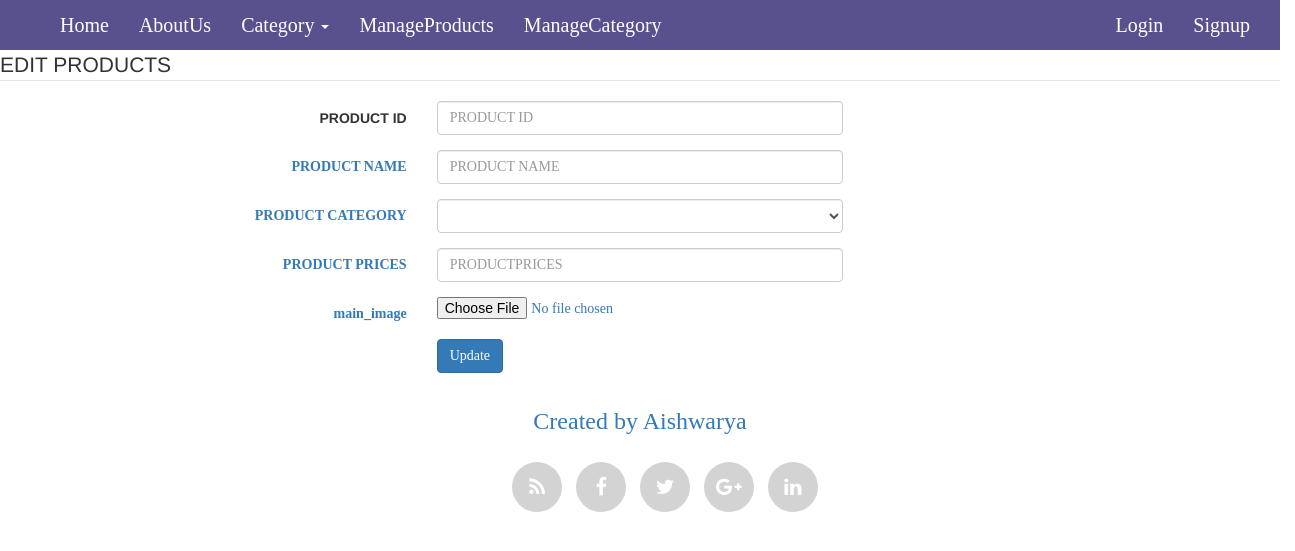
Repository: qwertuy/DTPROGRAMSPROJECTS
Page: http://localhost/Ecommerce/WEB-INF/views/productEdit.jsp
An editor plug-in stored every save of this project. The page is shown before and after the next save, followed by the edit.
The browser window is 1280 px wide. The page is 1295 px wide, so the pictures cover 1295 px, including what lies to the right of the window. The pictures show the whole page.
Some web libraries are served in a nearby version. The page is served by Tomcat 9. Nobody is signed in. Other server files are loaded and not shown. The template is opened directly, without the code that normally fills it, so the values that code supplies are empty.

Above is the page before, as saved 2018-03-18 11:08:56.
Console error: SyntaxError: Unexpected token '{'

### Ecommerce/src/main/webapp/WEB-INF/views/productEdit.jsp

<%@ page language="java" contentType="text/html; charset=ISO-8859-1"
    pageEncoding="ISO-8859-1"%>

<%@ taglib prefix="form" uri="http://www.springframework.org/tags/form"%>
<%@ taglib uri="http://java.sun.com/jsp/jstl/core" prefix="c"%>
<!DOCTYPE html PUBLIC "-//W3C//DTD HTML 4.01 Transitional//EN" "http://www.w3.org/TR/html4/loose.dtd">
<html>
<head>
<meta http-equiv="Content-Type" content="text/html; charset=ISO-8859-1">
<title>Insert title here</title>
<!-- To Access the Bootstrap link -->
<link rel="stylesheet" href="https://maxcdn.bootstrapcdn.com/bootstrap/3.3.7/css/bootstrap.min.css">
<script src="https://ajax.googleapis.com/ajax/libs/jquery/3.2.1/jquery.min.js"></script>
<script src="https://maxcdn.bootstrapcdn.com/bootstrap/3.3.7/js/bootstrap.min.js"></script>
<link href="//maxcdn.bootstrapcdn.com/font-awesome/4.1.0/css/font-awesome.min.css" rel="stylesheet">
<link href="./resources/css/loginpage.css" rel="stylesheet" type="text/css"/>


<body>
 <jsp:include page="header.jsp"></jsp:include>
<!-- AddProduct coding  started -->
<form class="form-horizontal" action="product_update" method="post" enctype="multipart/form-data">
<fieldset>

<!-- Form Name -->
<legend>EDIT PRODUCTS</legend>

<!-- Text input-->
<div class="form-group">
  <label class="col-md-4 control-label" for="product_id">PRODUCT ID</label>
  <a href="" style="font-family:Aharoni">
  <div class="col-md-4">
  <input id="product_id" value="${product.productid}"  name="id" placeholder="PRODUCT ID" class="form-control input-md" required="" type="text">

  </div>
</div>

<!-- Text input-->
<div class="form-group">
  <label class="col-md-4 control-label" for="product_name">PRODUCT NAME</label>
  <div class="col-md-4">
  <input id="product_name" value="${product.productname}" name="pname" placeholder="PRODUCT NAME" class="form-control input-md" required="" type="text">

  </div>
</div>


<!-- Select Basic -->
<div class="form-group">
  <label class="col-md-4 control-label" for="product_categorie">PRODUCT CATEGORY</label>
  <div class="col-md-4">
    <select id="product_categorie" name="cid" class="form-control">

             <c:forEach var="sList" items="${slist}">

                <option value="${sList.categoryid}">${sList.categoryname}</option>
                </c:forEach>
    </select>
  </div>
</div>

<!-- Text input-->
<div class="form-group">
  <label class="col-md-4 control-label" for="product_prices">PRODUCT PRICES</label>
  <div class="col-md-4">
  <input id="available_quantity" value="${product.productprice}" name="price" placeholder="PRODUCTPRICES" class="form-control input-md" required="" type="text">

  </div>
</div>

 <!-- File Button -->
<div class="form-group">
  <label class="col-md-4 control-label" for="filebutton">main_image</label>
  <div class="col-md-4">
    <input id="filebutton" name="file" class="input-file" type="file">
  </div>
</div>

<!-- Button -->
<div class="form-group">
  <label class="col-md-4 control-label" for="singlebutton"></label>
  <div class="col-md-4">

    <button id="singlebutton" name="singlebutton" class="btn btn-primary">Update</button>
  </div>
  </div>

</fieldset>
</form>


    <jsp:include page="footer.jsp"></jsp:include>

</body>
</html>

### Ecommerce/src/main/webapp/WEB-INF/views/header.jsp
<%@ page language="java" contentType="text/html; charset=ISO-8859-1"
    pageEncoding="ISO-8859-1"%>
    <%@ taglib prefix = "c" uri = "http://java.sun.com/jsp/jstl/core" %>
<!DOCTYPE html PUBLIC "-//W3C//DTD HTML 4.01 Transitional//EN" "http://www.w3.org/TR/html4/loose.dtd">
<html>
<head>
<meta http-equiv="Content-Type" content="text/html; charset=ISO-8859-1">
<title>BOHEMIAN</title>
 <link rel="stylesheet" href="https://maxcdn.bootstrapcdn.com/bootstrap/3.3.7/css/bootstrap.min.css">
  <script src="https://ajax.googleapis.com/ajax/libs/jquery/3.2.1/jquery.min.js"></script>
  <script src="https://maxcdn.bootstrapcdn.com/bootstrap/3.3.7/js/bootstrap.min.js"></script>
  <link href="//maxcdn.bootstrapcdn.com/font-awesome/4.1.0/css/font-awesome.min.css" rel="stylesheet">

<style type="text/css">
  .backgroundclr
  {
    background-color: #59508e;
  }
</style>

<!-- datatable -->
<link rel="stylesheet" href="https://maxcdn.bootstrapcdn.com/bootstrap/3.3.7/css/bootstrap.min.css" integrity="sha384-BVYiiSIFeK1dGmJRAkycuHAHRg32OmUcww7on3RYdg4Va+PmSTsz/K68vbdEjh4u" crossorigin="anonymous">

<link rel="stylesheet" type="text/css" href="./resources/css/dataTables.bootstrap.min.css"/>

<link rel="stylesheet" type="text/css" href="./resources/css/ss.css"/>


<link rel="stylesheet" type="text/css" href="./resources/css/datatables.css"/>


<link rel="stylesheet" type="text/css" href="./resources/css/datatables.min.css"/>

<script
  src="https://code.jquery.com/jquery-3.2.1.min.js"
  integrity="sha256-hwg4gsxgFZhOsEEamdOYGBf13FyQuiTwlAQgxVSNgt4="
  crossorigin="anonymous"></script>
  <script type="text/javascript" src="./resources/js/jquery.dataTables.min.js"></script>
<script type="text/javascript" src="./resources/js/dataTables.bootstrap.min.css"></script>

<script type="text/javascript">
$(document).ready(function(){
    $('.table').DataTable();
});
</script>
<!-- end -->
</head>
<body>
<nav class="backgroundclr">
	<div class="container-fluid">

		<div class="navbar-header">
			<button type="button" class="navbar-toggle collapsed"
				data-toggle="collapse" data-target="#bs-example-navbar-collapse-1"
				aria-expanded="false">
				<span class="sr-only">Toggle navigation</span> <span
					class="icon-bar"></span> <span class="icon-bar"></span> <span
					class="icon-bar"></span>
			</button>

			<a class="navbar-brand" href="./">
			<%-- 	<img src='<c:url value="./resources/images/boho.jpg" />' class="img-circle" width="50px" height="25px" /> --%>
			<%-- <img src="${pageContext.request.contextPath}/resources/images/weblog1.jpg" class="img-circle" width="50px" height="25px"/> --%>
			</a>
		</div>

		<div class="collapse navbar-collapse">
			<ul class="nav navbar-nav">
			  <li ><a href="" style="font-size:20px;color:white;font-family:Aharoni">Home</a></li>
				<li><a href="" style="font-size:20px;color:white;font-family:Aharoni">AboutUs</a></li>
				<li class="dropdown" style="font-family:Aharoni"><a href="#" class="dropdown-toggle" data-toggle="dropdown" role="button" aria-haspopup="true"
					aria-expanded="Aharoni"  style="font-size:20px;color:white">Category <span class="caret"></span></a>
					<ul class="dropdown-menu">

						<c:forEach items="${clist}" var="p">
						 <li><a href="categoryproductlist?id=${p.categoryid}">${p.categoryname}</a></li>
						 <%-- <li><a href='<c:url value="categoryproductlist?id=${p.categoryid}">${p.categoryname}"/>'</a></li> --%>
						</c:forEach>
						</li>

					</ul>

				</li>
					 <li style="font-family:Aharoni"><a href="<c:url value="/admin/add"/>" role="button" aria-haspopup="true"
					aria-expanded="false" style="font-size:20px;color:white">ManageProducts</a>

					<li style="font-family:Aharoni"><a href="<c:url value="/admin/add1"/>" role="button" aria-haspopup="true"
					aria-expanded="false" style="font-size:20px;color:white">ManageCategory</a>

					</li>


					</li>
					<!-- <li><a href="<c:url value="admin/productlistview"/>" style="font-family: fantasy;">PRODUCTLIST</a>-->
			</ul>


				<c:if test="${pageContext.request.userPrincipal.name  == 'admin'}">
                                <li><a href="<c:url value="/admin" />">Admin</a></li>
                 </c:if>
                 </ul>
			  <ul class="nav navbar-nav navbar-right">
			  <c:if test="${pageContext.request.userPrincipal.name == null }">
					<li>
					<%-- <a href=' <c:url value="/login" />'>Login</a> --%>
					</li>
					<li style="font-family:Aharoni" ><a href="<c:url value="admin/add"/>" role="button" aria-haspopup="Aharoni"
					aria-expanded="false" style="font-size:20px;color:white">Login</a> </li>
				<li style="font-family:Aharoni"><a href=' <c:url value="/reg" />'class="Aharoni" style="font-size:20px;color:white">Signup</a></li>

				</c:if>
				<c:if test="${pageContext.request.userPrincipal.name  != null}">
                               <li><a>Welcome: ${pageContext.request.userPrincipal.name}</a></li>
	              				<li><a href='<c:url value="/logout" />'>Signout</a></li>
                 </c:if>

				</ul>

		</div>
	</div>
</nav>
</body>
</html>

### Ecommerce/src/main/webapp/WEB-INF/views/footer.jsp
<%@ page language="java" contentType="text/html; charset=ISO-8859-1"
    pageEncoding="ISO-8859-1"%>
<!DOCTYPE html PUBLIC "-//W3C//DTD HTML 4.01 Transitional//EN" "http://www.w3.org/TR/html4/loose.dtd">
<html>
<head>
<meta http-equiv="Content-Type" content="text/html; charset=ISO-8859-1">
<title>BOHEMIAN</title>
<link rel="stylesheet" href="https://maxcdn.bootstrapcdn.com/bootstrap/3.3.7/css/bootstrap.min.css">
  <script src="https://ajax.googleapis.com/ajax/libs/jquery/3.2.1/jquery.min.js"></script>
  <script src="https://maxcdn.bootstrapcdn.com/bootstrap/3.3.7/js/bootstrap.min.js"></script>
  <link href="//maxcdn.bootstrapcdn.com/font-awesome/4.2.0/css/font-awesome.min.css" rel="stylesheet">
  <style type="text/css">


/*=========================
  Icons
 ================= */

/* footer social icons */
ul.social-network {
	list-style: none;
	display: inline;
	margin-left:0 !important;
	padding: 0;
}
ul.social-network li {
	display: inline;
	margin: 0 5px;
}


/* footer social icons */
.social-network a.icoRss:hover {
	background-color: #F56504;
}
.social-network a.icoFacebook:hover {
	background-color:#3B5998;
}
.social-network a.icoTwitter:hover {
	background-color:#33ccff;
}
.social-network a.icoGoogle:hover {
	background-color:#BD3518;
}
.social-network a.icoVimeo:hover {
	background-color:#0590B8;
}
.social-network a.icoLinkedin:hover {
	background-color:#007bb7;
}
.social-network a.icoRss:hover i, .social-network a.icoFacebook:hover i, .social-network a.icoTwitter:hover i,
.social-network a.icoGoogle:hover i, .social-network a.icoVimeo:hover i, .social-network a.icoLinkedin:hover i {
	color:#fff;
}
a.socialIcon:hover, .socialHoverClass {
	color:#44BCDD;
}

.social-circle li a {
	display:inline-block;
	position:relative;
	margin:0 auto 0 auto;
	-moz-border-radius:50%;
	-webkit-border-radius:50%;
	border-radius:50%;
	text-align:center;
	width: 50px;
	height: 50px;
	font-size:20px;
}
.social-circle li i {
	margin:0;
	line-height:50px;
	text-align: center;
}

.social-circle li a:hover i, .triggeredHover {
	-moz-transform: rotate(360deg);
	-webkit-transform: rotate(360deg);
	-ms--transform: rotate(360deg);
	transform: rotate(360deg);
	-webkit-transition: all 0.2s;
	-moz-transition: all 0.2s;
	-o-transition: all 0.2s;
	-ms-transition: all 0.2s;
	transition: all 0.2s;
}
.social-circle i {
	color: #fff;
	-webkit-transition: all 0.8s;
	-moz-transition: all 0.8s;
	-o-transition: all 0.8s;
	-ms-transition: all 0.8s;
	transition: all 0.8s;
}


  </style>
</head>
<body>
<center><h3>Created by Aishwarya</h3>
<!--Pulling Awesome Font -->



    			<div class="col-md-12">
                    <ul class="social-network social-circle">
                        <li><a href="#" class="icoRss" title="Rss" style="background-color: #D3D3D4"><i class="fa fa-rss"></i></a></li>
                        <li><a href="#" class="icoFacebook" title="Facebook" style="background-color: #D3D3D4"><i class="fa fa-facebook"></i></a></li>
                        <li><a href="#" class="icoTwitter" title="Twitter" style="background-color: #D3D3D4"><i class="fa fa-twitter"></i></a></li>
                        <li><a href="#" class="icoGoogle" title="Google +" style="background-color: #D3D3D4"><i class="fa fa-google-plus"></i></a></li>
                        <li><a href="#" class="icoLinkedin" title="Linkedin" style="background-color: #D3D3D4"><i class="fa fa-linkedin"></i></a></li>
                    </ul>
				</div>

</center>
</body>
</html>

### Ecommerce/src/main/webapp/resources/css/loginpage.css
body {
  background-color:#fff;
  -webkit-font-smoothing: antialiased;
  font: normal 14px Roboto,arial,sans-serif;
}

.container {
    padding: 25px;
    position: relative;
}

.form-login {
    background-color: #EDEDED;
    padding-top: 10px;
    padding-bottom: 20px;
    padding-left: 20px;
    padding-right: 20px;
    border-radius: 15px;
    border-color:#d2d2d2;
    border-width: 5px;
    box-shadow:0 1px 0 #cfcfcf;
}

h4 {
 border:0 solid #fff;
 border-bottom-width:1px;
 padding-bottom:10px;
 text-align: center;
}

.form-control {
    border-radius: 10px;
}

.wrapper {
    text-align: center;
}

### Ecommerce/src/main/webapp/resources/css/ss.css
@CHARSET "ISO-8859-1";
.c
{
	background: aqua;
}

Loaded but not shown: Ecommerce/src/main/webapp/resources/css/dataTables.bootstrap.min.css (library); Ecommerce/src/main/webapp/resources/css/datatables.css (common file); Ecommerce/src/main/webapp/resources/css/datatables.min.css (library); Ecommerce/src/main/webapp/resources/js/jquery.dataTables.min.js (library)

After the next save:
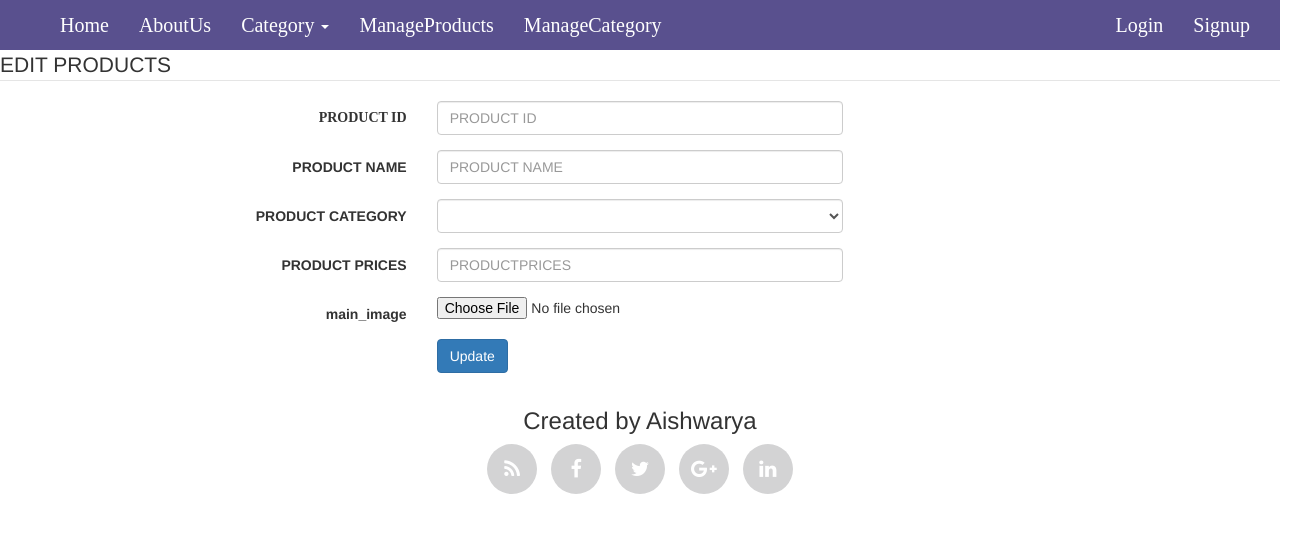
Saved 43 s later.
--- a/Ecommerce/src/main/webapp/WEB-INF/views/productEdit.jsp
+++ b/Ecommerce/src/main/webapp/WEB-INF/views/productEdit.jsp
@@ -28,8 +28,7 @@
 
 <!-- Text input-->
 <div class="form-group">
-  <label class="col-md-4 control-label" for="product_id">PRODUCT ID</label>
-  <a href="" style="font-family:Aharoni">
+  <label class="col-md-4 control-label" for="product_id"style="font-family:Aharoni">PRODUCT ID</label>
   <div class="col-md-4">
   <input id="product_id" value="${product.productid}"  name="id" placeholder="PRODUCT ID" class="form-control input-md" required="" type="text">
 
